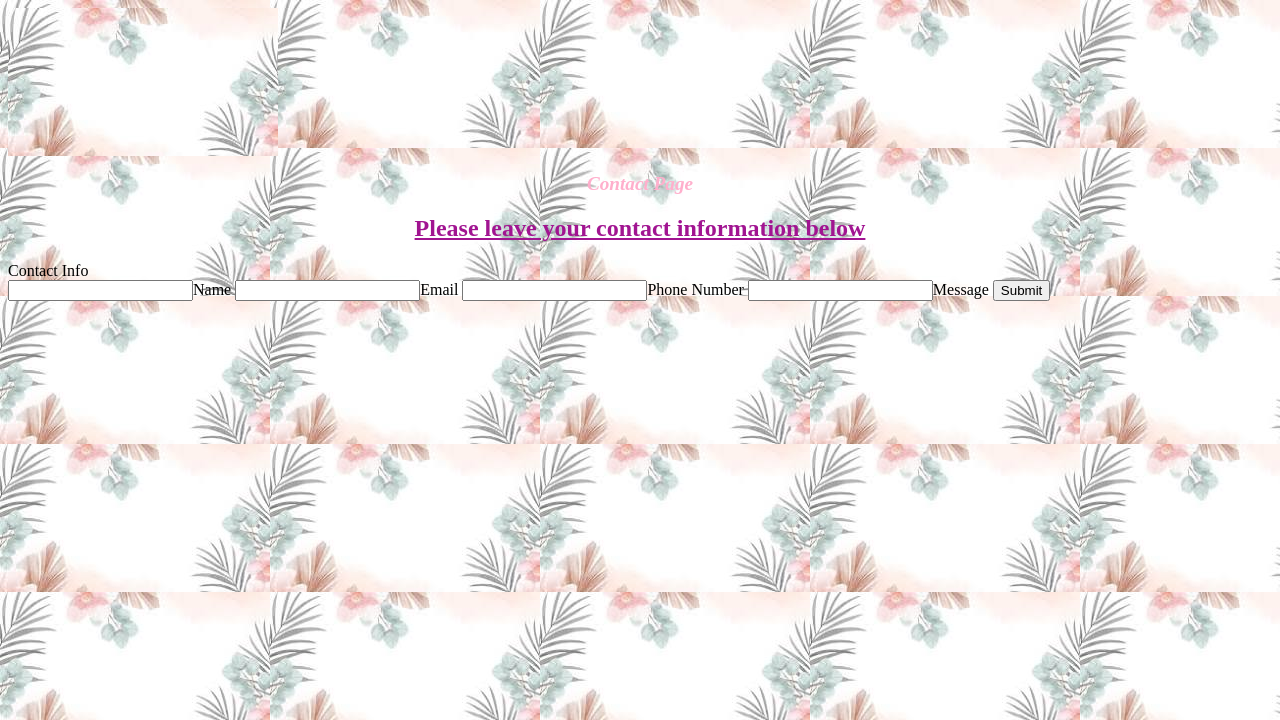
Repository: MelindaN14/My-Personal-Website
Page: contact.html
An editor plug-in stored every save of this project. The page is shown before and after a run of saves, followed by the edit.
The browser window is 1280 px wide. The pictures show the whole page.

Above is the page before, as saved 2024-03-25 22:19:54.

After the next 2 saves:
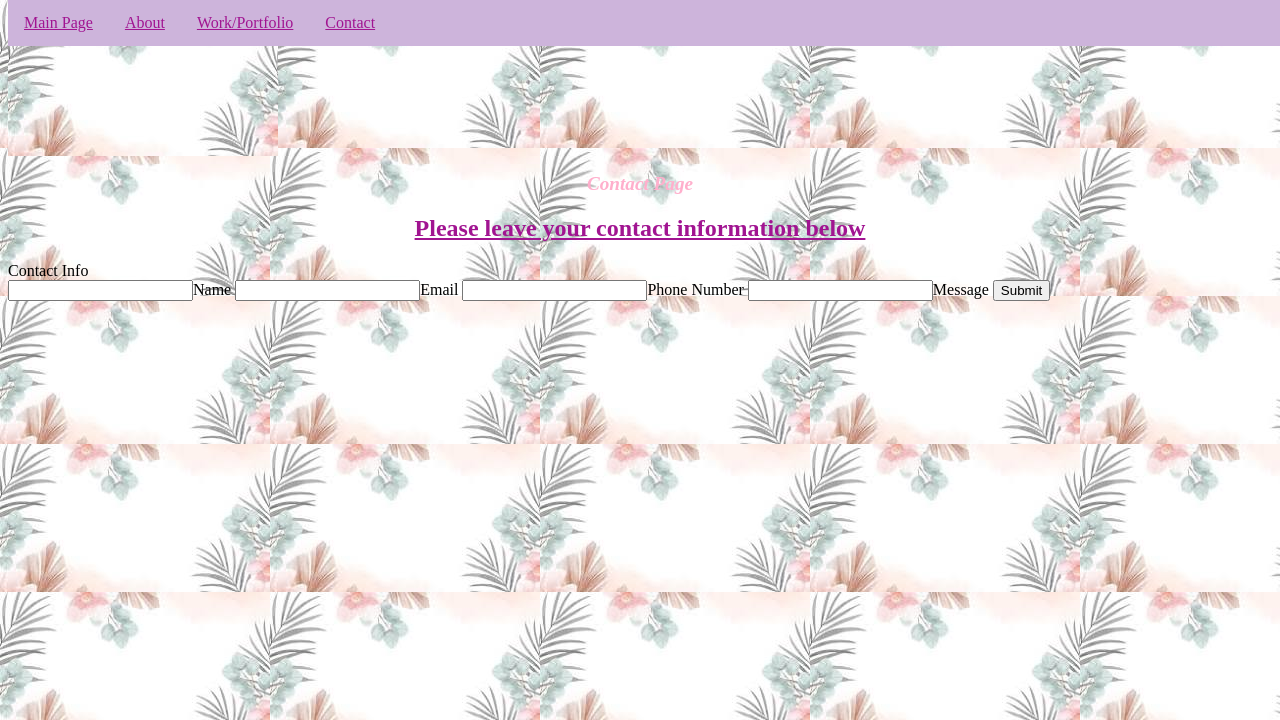
The 2 saves are shown as one change because they came seconds apart.
The last was saved 2 min 9 s later.
--- a/contact.html
+++ b/contact.html
@@ -15,6 +15,14 @@
         background-size:auto;
       }
     </style>
+     <nav>
+    <div class="navbar">
+      <a href="index.html">Main Page</a>
+      <a href="about.html">About</a>
+      <a href="portfolio.html">Work/Portfolio</a>
+      <a href="contact.html">Contact</a>
+    </div>
+    </nav>
     <h1>Contact Page</h1>
     <h2>Please leave your contact information below</h2>
     <label for="Form">Contact Info</label>
